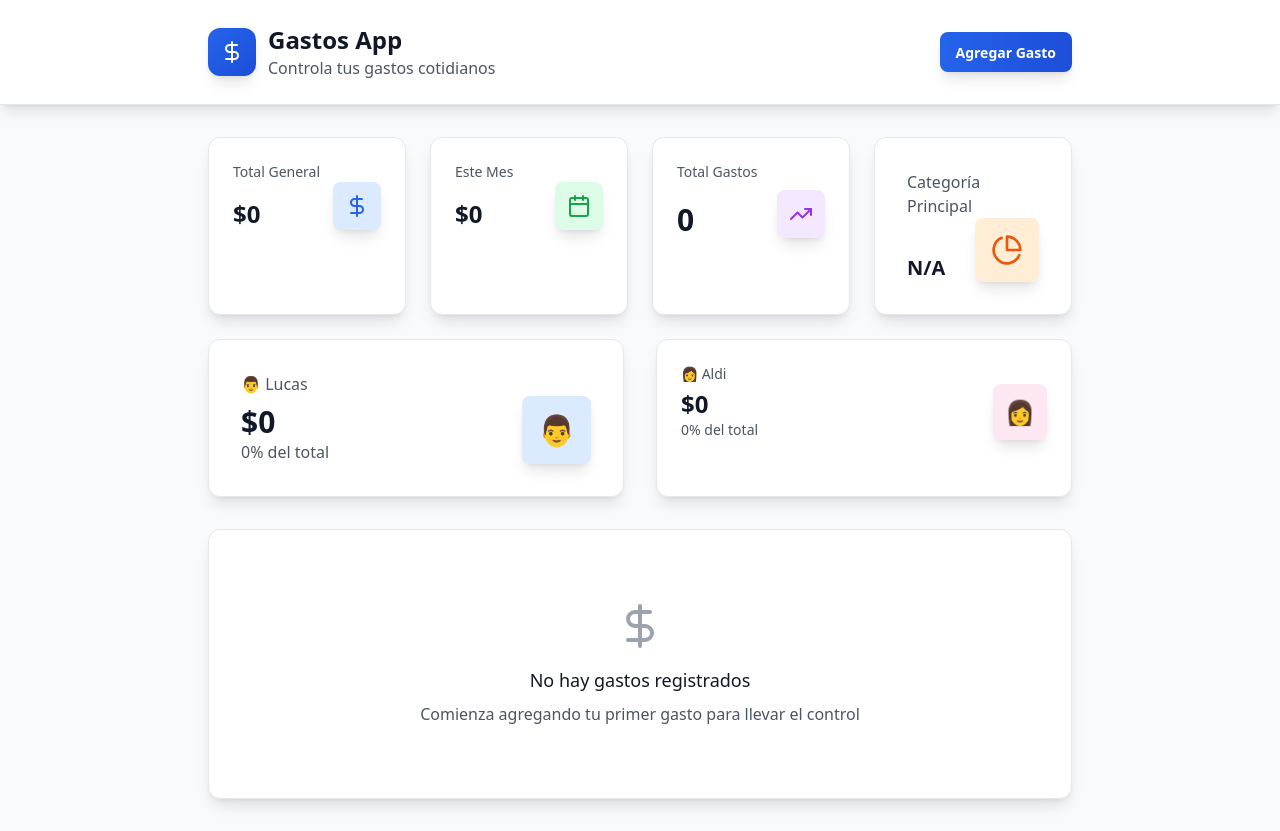
Repository: lucastenaglia/Gastosapp
Page: /
The author's editor kept a copy of each file at every save. The page is drawn from the files as they stood at one save, then again after the next save.
The browser window is 1280 px wide. The pictures show the whole page.
The page's requests for data from a server got no answer. The project was rebuilt for these pictures with package versions that can differ from the ones it lists, and the page was loaded fresh each time. No one was signed in, and anything a server would have sent is missing. Also part of the build but not shown: vite.config.js, src/components/ExpenseForm.jsx.

Above is the page before, as saved 2025-08-03 21:46:25.

### index.html
<!DOCTYPE html>
<html lang="es">
  <head>
    <meta charset="UTF-8" />
    <link rel="icon" type="image/svg+xml" href="data:[embedded picture, 125 characters]" />
    <meta name="viewport" content="width=device-width, initial-scale=1.0" />
    <title>Gastos App - Control de Gastos Cotidianos</title>
  </head>
  <body>
    <div id="root"></div>
    <script type="module" src="/src/main.jsx"></script>
  </body>
</html>

### src/App.jsx
import { useState, useEffect } from 'react'
import Header from './components/Header'
import ExpenseForm from './components/ExpenseForm'
import ExpenseList from './components/ExpenseList'
import ExpenseSummary from './components/ExpenseSummary'
import { getExpenses, addExpense, updateExpense, deleteExpense } from './services/expenseService'

function App() {
  const [expenses, setExpenses] = useState([])
  const [isFormOpen, setIsFormOpen] = useState(false)
  const [loading, setLoading] = useState(true)
  const [error, setError] = useState(null)

  // Cargar gastos al iniciar la aplicación
  useEffect(() => {
    loadExpenses()
  }, [])

  // Cerrar modal con Escape
  useEffect(() => {
    const handleEscape = (e) => {
      if (e.key === 'Escape' && isFormOpen) {
        setIsFormOpen(false)
      }
    }

    document.addEventListener('keydown', handleEscape)
    return () => document.removeEventListener('keydown', handleEscape)
  }, [isFormOpen])

  const loadExpenses = async () => {
    try {
      setLoading(true)
      const data = await getExpenses()
      setExpenses(data)
      setError(null)
    } catch (err) {
      setError('Error al cargar los gastos')
      console.error(err)
    } finally {
      setLoading(false)
    }
  }

  const handleAddExpense = async (expense) => {
    try {
      const newExpense = await addExpense(expense)
      setExpenses([newExpense, ...expenses])
      setIsFormOpen(false)
    } catch (err) {
      setError('Error al agregar el gasto')
      console.error(err)
    }
  }

  const handleDeleteExpense = async (id) => {
    try {
      await deleteExpense(id)
      setExpenses(expenses.filter(expense => expense.id !== id))
    } catch (err) {
      setError('Error al eliminar el gasto')
      console.error(err)
    }
  }

  const handleEditExpense = async (id, updatedExpense) => {
    try {
      const updated = await updateExpense(id, updatedExpense)
      setExpenses(expenses.map(expense =>
        expense.id === id ? updated : expense
      ))
    } catch (err) {
      setError('Error al actualizar el gasto')
      console.error(err)
    }
  }

  return (
    <div className="min-h-screen bg-gray-50">
      <Header onAddExpense={() => setIsFormOpen(true)} />

      <main className="container mx-auto px-4 py-8 max-w-4xl">
        {error && (
          <div className="bg-red-100 border border-red-400 text-red-700 px-4 py-3 rounded mb-6">
            {error}
          </div>
        )}

        <ExpenseSummary expenses={expenses} />

        <div className="mt-8">
          <ExpenseList
            expenses={expenses}
            onDelete={handleDeleteExpense}
            onEdit={handleEditExpense}
            loading={loading}
          />
        </div>
      </main>

      {/* Modal Overlay */}
      {isFormOpen && (
        <div
          className="fixed inset-0 bg-black bg-opacity-50 flex items-center justify-center z-50 p-4 animate-in fade-in duration-200"
          onClick={() => setIsFormOpen(false)}
        >
          <div
            className="bg-white rounded-xl shadow-2xl max-w-md w-full mx-4 max-h-[90vh] overflow-y-auto animate-in zoom-in-95 duration-200"
            onClick={(e) => e.stopPropagation()}
          >
            <ExpenseForm
              onSubmit={handleAddExpense}
              onCancel={() => setIsFormOpen(false)}
            />
          </div>
        </div>
      )}
    </div>
  )
}

export default App

### src/index.css
@tailwind base;
@tailwind components;
@tailwind utilities;

@layer base {
  body {
    @apply bg-gray-50 text-gray-900;
  }
}

@layer components {
                .btn-primary {
                @apply bg-primary-600 hover:bg-primary-700 text-white font-medium py-2 px-4 rounded-lg transition-all duration-300 shadow-md hover:shadow-lg hover:-translate-y-0.5 transform;
              }

              .btn-secondary {
                @apply bg-gray-200 hover:bg-gray-300 text-gray-800 font-medium py-2 px-4 rounded-lg transition-all duration-300 shadow-md hover:shadow-lg hover:-translate-y-0.5 transform;
              }

                .input-field {
                @apply w-full px-3 py-2 border border-gray-300 rounded-lg focus:outline-none focus:ring-2 focus:ring-primary-500 focus:border-transparent shadow-sm focus:shadow-md transition-all duration-300;
              }

                            .card {
                @apply bg-white rounded-xl shadow-lg border border-gray-200 p-6 transform transition-all duration-300 hover:shadow-2xl hover:-translate-y-1;
              }

              .modal-enter {
                @apply opacity-0 scale-95;
              }

              .modal-enter-active {
                @apply opacity-100 scale-100 transition-all duration-200 ease-out;
              }

              .modal-exit {
                @apply opacity-100 scale-100;
              }

              .modal-exit-active {
                @apply opacity-0 scale-95 transition-all duration-200 ease-in;
              }
}

### src/components/Header.jsx
import { Plus, DollarSign } from 'lucide-react'

const Header = ({ onAddExpense }) => {
  return (
    <header className="bg-white shadow-lg border-b border-gray-200">
      <div className="container mx-auto px-4 py-6 max-w-4xl">
        <div className="flex items-center justify-between">
          <div className="flex items-center space-x-3">
            <div className="bg-gradient-to-br from-primary-600 to-primary-700 p-3 rounded-xl shadow-lg">
              <DollarSign className="h-6 w-6 text-white" />
            </div>
            <div>
              <h1 className="text-2xl font-bold text-gray-900">Gastos App</h1>
              <p className="text-gray-600">Controla tus gastos cotidianos</p>
            </div>
          </div>

          <button
            onClick={onAddExpense}
            className="bg-gradient-to-r from-primary-600 to-primary-700 active:from-primary-800 active:to-primary-900 text-white font-semibold py-2 px-4 rounded-lg shadow-lg hover:shadow-xl active:shadow-md active:translate-y-0.5 transition-all duration-200 border-0 focus:outline-none focus:ring-2 focus:ring-primary-300"
          >
            <span className="text-sm">Agregar Gasto</span>
          </button>
        </div>
      </div>
    </header>
  )
}

export default Header

### src/components/ExpenseList.jsx
import { useState } from 'react'
import { Trash2, Edit, Calendar, DollarSign } from 'lucide-react'

const ExpenseList = ({ expenses, onDelete, onEdit, loading }) => {
  const [editingId, setEditingId] = useState(null)
  const [editForm, setEditForm] = useState({})

  const categoryIcons = {
    comida: '🍽️',
    super: '🛒',
    auto: '🚗',
    entretenimiento: '🎮',
    salud: '💊',
    ropa: '👕',
    hogar: '🏠',
    otros: '📦'
  }

  const categoryColors = {
    comida: 'bg-orange-100 text-orange-800',
    super: 'bg-red-100 text-red-800',
    auto: 'bg-blue-100 text-blue-800',
    entretenimiento: 'bg-purple-100 text-purple-800',
    salud: 'bg-green-100 text-green-800',
    ropa: 'bg-pink-100 text-pink-800',
    hogar: 'bg-yellow-100 text-yellow-800',
    otros: 'bg-gray-100 text-gray-800'
  }

  const handleEdit = (expense) => {
    setEditingId(expense.id)
    setEditForm({
      description: expense.description,
      amount: expense.amount.toString(),
      category: expense.category,
      person: expense.person || 'lucas',
      date: expense.date
    })
  }

  const handleSaveEdit = (id) => {
    onEdit(id, {
      ...editForm,
      amount: parseFloat(editForm.amount)
    })
    setEditingId(null)
    setEditForm({})
  }

  const handleCancelEdit = () => {
    setEditingId(null)
    setEditForm({})
  }

  const formatDate = (dateString) => {
    const date = new Date(dateString)
    return date.toLocaleDateString('es-ES', {
      year: 'numeric',
      month: 'short',
      day: 'numeric'
    })
  }

  if (loading) {
    return (
      <div className="card">
        <div className="text-center py-12">
          <div className="animate-spin rounded-full h-12 w-12 border-b-2 border-primary-600 mx-auto mb-4"></div>
          <h3 className="text-lg font-medium text-gray-900 mb-2">
            Cargando gastos...
          </h3>
          <p className="text-gray-600">
            Conectando con la base de datos
          </p>
        </div>
      </div>
    )
  }

  if (expenses.length === 0) {
    return (
      <div className="card">
        <div className="text-center py-12">
          <DollarSign className="h-12 w-12 text-gray-400 mx-auto mb-4" />
          <h3 className="text-lg font-medium text-gray-900 mb-2">
            No hay gastos registrados
          </h3>
          <p className="text-gray-600">
            Comienza agregando tu primer gasto para llevar el control
          </p>
        </div>
      </div>
    )
  }

  return (
    <div className="card">
      <h2 className="text-xl font-semibold text-gray-900 mb-6">
        Historial de Gastos
      </h2>

      <div className="space-y-3">
        {expenses.map(expense => (
          <div key={expense.id} className="border border-gray-200 rounded-lg p-3 sm:p-4 bg-white shadow-md hover:shadow-xl hover:-translate-y-1 transform transition-all duration-300">
            {editingId === expense.id ? (
              <div className="space-y-3">
                <input
                  type="text"
                  value={editForm.description}
                  onChange={(e) => setEditForm({...editForm, description: e.target.value})}
                  className="input-field"
                />
                <div className="grid grid-cols-1 sm:grid-cols-2 gap-3">
                  <input
                    type="number"
                    value={editForm.amount}
                    onChange={(e) => setEditForm({...editForm, amount: e.target.value})}
                    className="input-field"
                    step="1"
                    min="0"
                  />
                  <select
                    value={editForm.category}
                    onChange={(e) => setEditForm({...editForm, category: e.target.value})}
                    className="input-field"
                  >
                    <option value="comida">🍽️ Comida</option>
                    <option value="super">🛒 Super</option>
                    <option value="auto">🚗 Auto</option>
                    <option value="entretenimiento">🎮 Entretenimiento</option>
                    <option value="salud">💊 Salud</option>
                    <option value="ropa">👕 Ropa</option>
                    <option value="hogar">🏠 Hogar</option>
                    <option value="otros">📦 Otros</option>
                  </select>
                </div>
                <div className="grid grid-cols-1 sm:grid-cols-2 gap-3">
                  <select
                    value={editForm.person}
                    onChange={(e) => setEditForm({...editForm, person: e.target.value})}
                    className="input-field"
                  >
                    <option value="lucas">👨 Lucas</option>
                    <option value="aldi">👩 Aldi</option>
                  </select>
                  <input
                    type="date"
                    value={editForm.date}
                    onChange={(e) => setEditForm({...editForm, date: e.target.value})}
                    className="input-field"
                  />
                </div>
                <div className="flex space-x-2">
                  <button
                    onClick={() => handleSaveEdit(expense.id)}
                    className="btn-primary text-sm flex-1"
                  >
                    Guardar
                  </button>
                  <button
                    onClick={handleCancelEdit}
                    className="btn-secondary text-sm flex-1"
                  >
                    Cancelar
                  </button>
                </div>
              </div>
            ) : (
              <div className="space-y-3">
                {/* Header con icono, descripción y monto */}
                <div className="flex items-start justify-between">
                  <div className="flex items-center space-x-3 flex-1 min-w-0">
                    <div className={`p-2 rounded-lg flex-shrink-0 ${categoryColors[expense.category]}`}>
                      <span className="text-lg">{categoryIcons[expense.category]}</span>
                    </div>

                    <div className="flex-1 min-w-0">
                      <h3 className="font-medium text-gray-900 truncate">
                        {expense.description}
                      </h3>
                      <div className="flex items-center space-x-2 text-sm text-gray-600 mt-1">
                        <span className="flex items-center space-x-1">
                          <Calendar className="h-3 w-3" />
                          <span className="hidden sm:inline">{formatDate(expense.date)}</span>
                          <span className="sm:hidden">{new Date(expense.date).toLocaleDateString('es-ES', { day: '2-digit', month: '2-digit' })}</span>
                        </span>
                        <span className="hidden sm:inline">•</span>
                        <span className="capitalize text-xs sm:text-sm">{expense.category}</span>
                      </div>
                    </div>
                  </div>

                  <div className="flex items-center space-x-2 flex-shrink-0">
                    <span className="text-lg font-semibold text-gray-900">
                      ${expense.amount}
                    </span>

                    <div className="flex space-x-1">
                      <button
                        onClick={() => handleEdit(expense)}
                        className="p-1 text-gray-400 hover:text-blue-600 transition-colors"
                        title="Editar"
                      >
                        <Edit className="h-4 w-4" />
                      </button>
                      <button
                        onClick={() => onDelete(expense.id)}
                        className="p-1 text-gray-400 hover:text-red-600 transition-colors"
                        title="Eliminar"
                      >
                        <Trash2 className="h-4 w-4" />
                      </button>
                    </div>
                  </div>
                </div>

                {/* Información adicional en móvil */}
                <div className="sm:hidden flex items-center justify-between text-sm text-gray-600 border-t pt-2">
                  <span className="flex items-center space-x-1">
                    <span>{expense.person === 'lucas' ? '👨' : '👩'}</span>
                    <span className="capitalize">{expense.person || 'lucas'}</span>
                  </span>
                  <span className="text-xs">
                    {new Date(expense.date).toLocaleDateString('es-ES', { year: 'numeric' })}
                  </span>
                </div>
              </div>
            )}
          </div>
        ))}
      </div>
    </div>
  )
}

export default ExpenseList

### src/components/ExpenseSummary.jsx
import { TrendingUp, Calendar, DollarSign, PieChart } from 'lucide-react'

const ExpenseSummary = ({ expenses }) => {
  const totalExpenses = expenses.reduce((sum, expense) => sum + expense.amount, 0)

  const today = new Date()
  const thisMonth = today.getMonth()
  const thisYear = today.getFullYear()

  const monthlyExpenses = expenses.filter(expense => {
    const expenseDate = new Date(expense.date)
    return expenseDate.getMonth() === thisMonth && expenseDate.getFullYear() === thisYear
  })

  const monthlyTotal = monthlyExpenses.reduce((sum, expense) => sum + expense.amount, 0)

  const categoryTotals = expenses.reduce((acc, expense) => {
    acc[expense.category] = (acc[expense.category] || 0) + expense.amount
    return acc
  }, {})

  const topCategory = Object.entries(categoryTotals).sort(([,a], [,b]) => b - a)[0]

  // Estadísticas por persona
  const personTotals = expenses.reduce((acc, expense) => {
    const person = expense.person || 'lucas'
    acc[person] = (acc[person] || 0) + expense.amount
    return acc
  }, {})

  const lucasTotal = personTotals.lucas || 0
  const aldiTotal = personTotals.aldi || 0

  const formatCurrency = (amount) => {
    return `$${Math.round(amount).toLocaleString('en-US')}`
  }

  return (
    <div className="space-y-4 sm:space-y-6">
      {/* Primera fila - Estadísticas generales */}
      <div className="grid grid-cols-2 lg:grid-cols-4 gap-3 sm:gap-6">
                 {/* Total General */}
         <div className="card relative p-4 sm:p-6">
           <div>
             <p className="text-xs sm:text-sm font-medium text-gray-600">Total General</p>
             <div className="flex items-end justify-between">
               <p className="text-lg sm:text-2xl font-bold text-gray-900">
                 {formatCurrency(totalExpenses)}
               </p>
               <div className="bg-blue-100 p-2 sm:p-3 rounded-lg shadow-lg">
                 <DollarSign className="h-4 w-4 sm:h-6 sm:w-6 text-blue-600" />
               </div>
             </div>
           </div>
         </div>

                 {/* Gastos del Mes */}
         <div className="card relative p-4 sm:p-6">
           <div>
             <p className="text-xs sm:text-sm font-medium text-gray-600">Este Mes</p>
             <div className="flex items-end justify-between">
               <p className="text-lg sm:text-2xl font-bold text-gray-900">
                 {formatCurrency(monthlyTotal)}
               </p>
               <div className="bg-green-100 p-2 sm:p-3 rounded-lg shadow-lg">
                 <Calendar className="h-4 w-4 sm:h-6 sm:w-6 text-green-600" />
               </div>
             </div>
           </div>
         </div>

                 {/* Total de Gastos */}
         <div className="card relative p-4 sm:p-6">
           <div>
             <p className="text-xs sm:text-sm font-medium text-gray-600">Total Gastos</p>
             <div className="flex items-end justify-between mt-2">
               <p className="text-2xl sm:text-3xl font-bold text-gray-900">
                 {expenses.length}
               </p>
               <div className="bg-purple-100 p-2 sm:p-3 rounded-lg shadow-lg self-end">
                 <TrendingUp className="h-4 w-4 sm:h-6 sm:w-6 text-purple-600" />
               </div>
             </div>
           </div>
         </div>

                 {/* Categoría Principal */}
         <div className="card relative p-4 sm:p-6 lg:p-8">
           <div>
             <p className="text-xs sm:text-sm lg:text-base font-medium text-gray-600">Categoría Principal</p>
             <div className="flex items-end justify-between">
               <div>
                 <p className="text-base sm:text-lg lg:text-xl font-semibold text-gray-900 capitalize">
                   {topCategory ? topCategory[0] : 'N/A'}
                 </p>
                 {topCategory && (
                   <p className="text-xs sm:text-sm lg:text-base text-gray-600">
                     {formatCurrency(topCategory[1])}
                   </p>
                 )}
               </div>
               <div className="bg-orange-100 p-2 sm:p-3 lg:p-4 rounded-lg shadow-lg">
                 <PieChart className="h-4 w-4 sm:h-6 sm:w-6 lg:h-8 lg:w-8 text-orange-600" />
               </div>
             </div>
           </div>
         </div>
      </div>

             {/* Segunda fila - Estadísticas por persona */}
       <div className="grid grid-cols-1 sm:grid-cols-2 gap-3 sm:gap-6 lg:gap-8">
                 {/* Gastos de Lucas */}
         <div className="card relative p-4 sm:p-6 lg:p-8">
           <div>
             <p className="text-xs sm:text-sm lg:text-base font-medium text-gray-600">👨 Lucas</p>
             <div className="flex items-end justify-between">
               <div>
                 <p className="text-lg sm:text-2xl lg:text-3xl font-bold text-gray-900">
                   {formatCurrency(lucasTotal)}
                 </p>
                 <p className="text-xs sm:text-sm lg:text-base text-gray-600">
                   {totalExpenses > 0 ? `${((lucasTotal / totalExpenses) * 100).toFixed(1)}%` : '0%'} del total
                 </p>
               </div>
               <div className="bg-blue-100 p-2 sm:p-3 lg:p-4 rounded-lg shadow-lg">
                 <span className="text-lg sm:text-2xl lg:text-3xl">👨</span>
               </div>
             </div>
           </div>
         </div>

                 {/* Gastos de Aldi */}
         <div className="card relative p-4 sm:p-6">
           <div>
             <p className="text-xs sm:text-sm font-medium text-gray-600">👩 Aldi</p>
             <div className="flex items-end justify-between">
               <div>
                 <p className="text-lg sm:text-2xl font-bold text-gray-900">
                   {formatCurrency(aldiTotal)}
                 </p>
                 <p className="text-xs sm:text-sm text-gray-600">
                   {totalExpenses > 0 ? `${((aldiTotal / totalExpenses) * 100).toFixed(1)}%` : '0%'} del total
                 </p>
               </div>
               <div className="bg-pink-100 p-2 sm:p-3 rounded-lg shadow-lg">
                 <span className="text-lg sm:text-2xl">👩</span>
               </div>
             </div>
           </div>
         </div>
      </div>
    </div>
  )
}

export default ExpenseSummary

### src/lib/supabase.js
import { createClient } from '@supabase/supabase-js'

// Configuración de Supabase
const supabaseUrl = 'https://tiarifmkqcayodakifqu.supabase.co'
const supabaseAnonKey = 'eyJhbGciOiJIUzI1NiIsInR5cCI6IkpXVCJ9.eyJpc3MiOiJzdXBhYmFzZSIsInJlZiI6InRpYXJpZm1rcWNheW9kYWtpZnF1Iiwicm9sZSI6ImFub24iLCJpYXQiOjE3NTQyMzYxMzcsImV4cCI6MjA2OTgxMjEzN30.qJr6Xvo0UF5_XPq4UWidASjwgjcWPFJ8CqR6mAHSsTU'

export const supabase = createClient(supabaseUrl, supabaseAnonKey)

### tailwind.config.js
/** @type {import('tailwindcss').Config} */
export default {
  content: [
    "./index.html",
    "./src/**/*.{js,ts,jsx,tsx}",
  ],
  theme: {
    extend: {
      colors: {
        primary: {
          50: '#eff6ff',
          500: '#3b82f6',
          600: '#2563eb',
          700: '#1d4ed8',
        }
      }
    },
  },
  plugins: [],
}

Loaded but not shown: src/main.jsx (common file); src/services/expenseService.js (78 lines, source omitted)

After the next save:
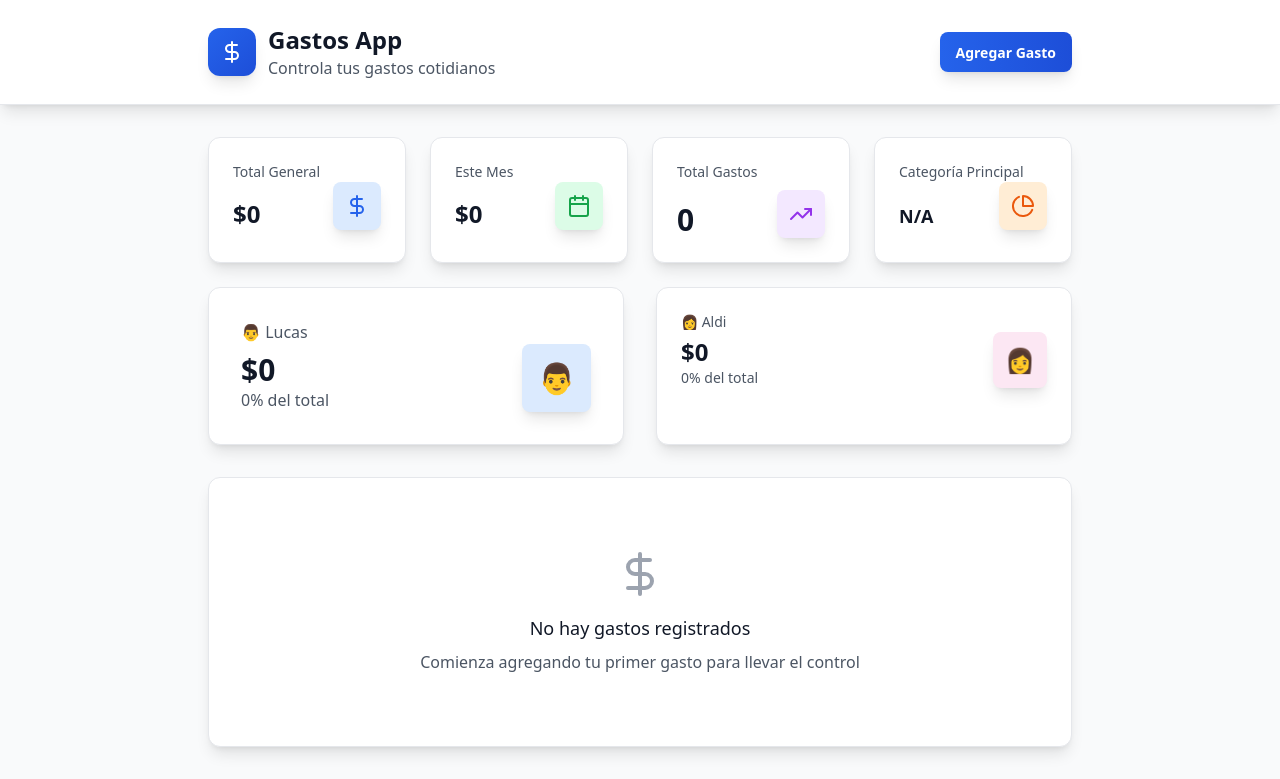
Saved 9 s later.
--- a/src/components/ExpenseSummary.jsx
+++ b/src/components/ExpenseSummary.jsx
@@ -85,22 +85,22 @@ const ExpenseSummary = ({ expenses }) => {
          </div>
 
                  {/* Categoría Principal */}
-         <div className="card relative p-4 sm:p-6 lg:p-8">
+         <div className="card relative p-4 sm:p-6">
            <div>
-             <p className="text-xs sm:text-sm lg:text-base font-medium text-gray-600">Categoría Principal</p>
+             <p className="text-xs sm:text-sm font-medium text-gray-600">Categoría Principal</p>
              <div className="flex items-end justify-between">
                <div>
-                 <p className="text-base sm:text-lg lg:text-xl font-semibold text-gray-900 capitalize">
+                 <p className="text-base sm:text-lg font-semibold text-gray-900 capitalize">
                    {topCategory ? topCategory[0] : 'N/A'}
                  </p>
                  {topCategory && (
-                   <p className="text-xs sm:text-sm lg:text-base text-gray-600">
+                   <p className="text-xs sm:text-sm text-gray-600">
                      {formatCurrency(topCategory[1])}
                    </p>
                  )}
                </div>
-               <div className="bg-orange-100 p-2 sm:p-3 lg:p-4 rounded-lg shadow-lg">
-                 <PieChart className="h-4 w-4 sm:h-6 sm:w-6 lg:h-8 lg:w-8 text-orange-600" />
+               <div className="bg-orange-100 p-2 sm:p-3 rounded-lg shadow-lg">
+                 <PieChart className="h-4 w-4 sm:h-6 sm:w-6 text-orange-600" />
                </div>
              </div>
            </div>
